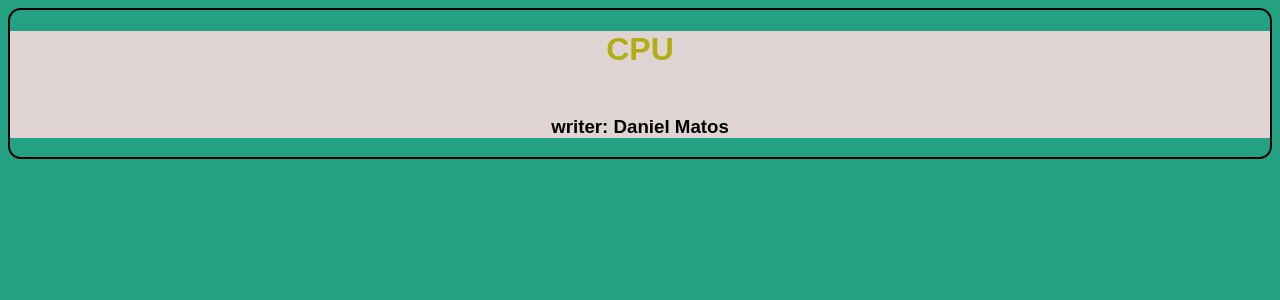
Repository: batmit/FutureFundation.github.io-1
Page: menu/articles/computation/cpu.html
An editor plug-in stored every save of this project. The page is shown before and after the next save, followed by the edit.
The browser window is 1280 px wide. The pictures show the whole page.

Above is the page before, as saved 2021-09-23 18:02:55.

After the next save:
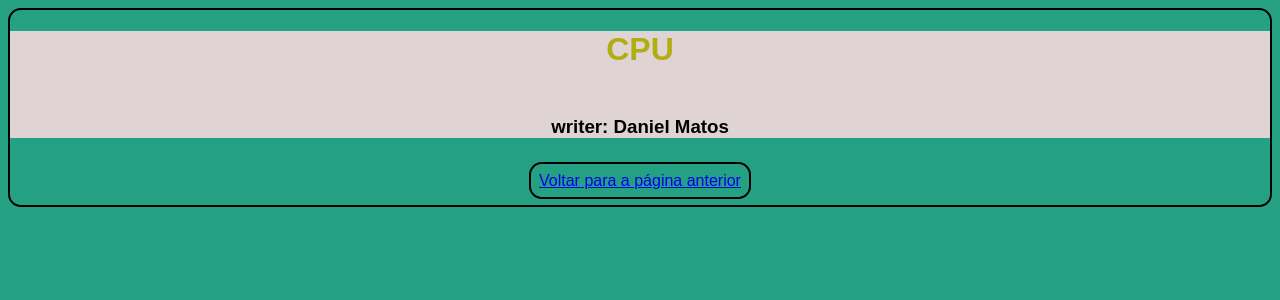
Saved 21 s later.
--- a/menu/articles/computation/cpu.html
+++ b/menu/articles/computation/cpu.html
@@ -14,5 +14,10 @@
             <h3>writer: Daniel Matos</h3>
         </header>
     </div>
+
+
+
+    <a href="./computação.html">Voltar para a página anterior</a>
+
 </body>
 </html>
